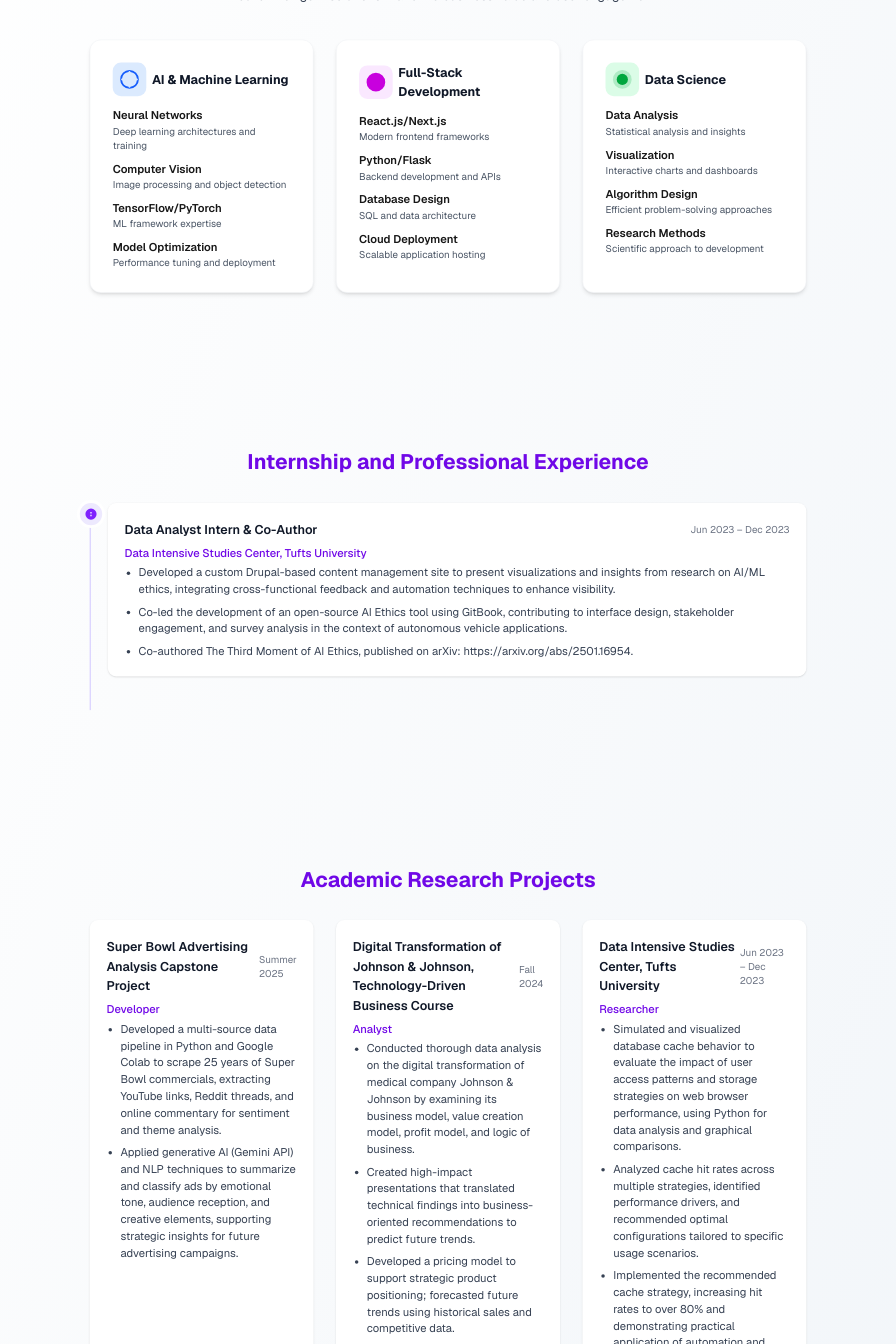
Repository: winniewyl/personal-portfolio
Page: /
The author's editor kept a copy of each file at every save. The page is drawn from the files as they stood at one save, then again after the next save.
The browser window is 1280 px wide. The pictures show the part of the page from y = 698 to 2618 px (the page is 3753 px tall), at 70% of full size.
The project was rebuilt for these pictures with package versions that can differ from the ones it lists, and the page was loaded fresh each time. The framework's server and built-in components were replaced by stand-ins that run in the browser. Also part of the build but not shown: next.config.ts.

Above is the page before, as saved 2025-07-23 09:11:43.

### src/app/page.tsx
import Hero from '../components/Hero';
import About from '../components/About';
import Projects from '../components/Projects';
import Contact from '../components/Contact';

const experienceData = [
  {
    org: 'Data Intensive Studies Center, Tufts University',
    title: 'Data Analyst Intern & Co-Author',
    date: 'Jun 2023 – Dec 2023',
    highlights: [
      'Developed a custom Drupal-based content management site to present visualizations and insights from research on AI/ML ethics, integrating cross-functional feedback and automation techniques to enhance visibility.',
      'Co-led the development of an open-source AI Ethics tool using GitBook, contributing to interface design, stakeholder engagement, and survey analysis in the context of autonomous vehicle applications.',
      'Co-authored The Third Moment of AI Ethics, published on arXiv: https://arxiv.org/abs/2501.16954.',
    ],
  },
];

const projectData = [
  {
    title: 'Super Bowl Advertising Analysis Capstone Project',
    role: 'Developer',
    date: 'Summer 2025',
    highlights: [
      'Developed a multi-source data pipeline in Python and Google Colab to scrape 25 years of Super Bowl commercials, extracting YouTube links, Reddit threads, and online commentary for sentiment and theme analysis.',
      'Applied generative AI (Gemini API) and NLP techniques to summarize and classify ads by emotional tone, audience reception, and creative elements, supporting strategic insights for future advertising campaigns.',
    ],
  },
  {
    title:
      'Digital Transformation of Johnson & Johnson, Technology-Driven Business Course',
    role: 'Analyst',
    date: 'Fall 2024',
    highlights: [
      'Conducted thorough data analysis on the digital transformation of medical company Johnson & Johnson by examining its business model, value creation model, profit model, and logic of business.',
      'Created high-impact presentations that translated technical findings into business-oriented recommendations to predict future trends.',
      'Developed a pricing model to support strategic product positioning; forecasted future trends using historical sales and competitive data.',
    ],
  },
  {
    title: 'Data Intensive Studies Center, Tufts University',
    role: 'Researcher',
    date: 'Jun 2023 – Dec 2023',
    highlights: [
      'Simulated and visualized database cache behavior to evaluate the impact of user access patterns and storage strategies on web browser performance, using Python for data analysis and graphical comparisons.',
      'Analyzed cache hit rates across multiple strategies, identified performance drivers, and recommended optimal configurations tailored to specific usage scenarios.',
      'Implemented the recommended cache strategy, increasing hit rates to over 80% and demonstrating practical application of automation and performance optimization principles.',
    ],
  },
];

export default function Home() {
  return (
    <div className="font-sans min-h-screen flex flex-col bg-gradient-to-br from-white via-slate-50 to-slate-100 dark:from-[#18181c] dark:via-[#1a1a22] dark:to-[#101014]">
      {/* Navbar */}
      <nav className="w-full flex items-center justify-between py-6 px-8 border-b border-gray-100 dark:border-gray-800 bg-white/80 dark:bg-[#101010]/80 backdrop-blur z-10 sticky top-0">
        <div className="text-2xl font-extrabold text-violet-600 tracking-tight">
          WW
        </div>
        <ul className="flex gap-8 text-base font-medium text-gray-900 dark:text-white">
          <li>
            <a
              href="#about"
              className="hover:text-violet-600 transition-colors"
            >
              About
            </a>
          </li>
          <li>
            <a
              href="#experience"
              className="hover:text-violet-600 transition-colors"
            >
              Experience
            </a>
          </li>
          <li>
            <a
              href="#projects"
              className="hover:text-violet-600 transition-colors"
            >
              Projects
            </a>
          </li>
          <li>
            <a
              href="#education"
              className="hover:text-violet-600 transition-colors"
            >
              Education
            </a>
          </li>
          <li>
            <a
              href="#contact"
              className="hover:text-violet-600 transition-colors"
            >
              Contact
            </a>
          </li>
        </ul>
      </nav>
      {/* Main Content */}
      <main className="flex-1 w-full flex flex-col items-center px-4 sm:px-0">
        <section className="w-full flex flex-col items-center justify-center py-20 sm:py-28 bg-transparent">
          <Hero name="Winnie Wang" role="AI Product Analyst" />
        </section>
        <section
          id="about"
          className="w-full flex flex-col items-center py-20 sm:py-28 max-w-5xl mx-auto scroll-mt-24"
        >
          <About />
        </section>
        {/* Experience Section */}
        <section
          id="experience"
          className="w-full flex flex-col items-center py-20 sm:py-28 max-w-5xl mx-auto scroll-mt-24"
        >
          <h2 className="text-3xl font-bold mb-10 text-violet-700 dark:text-violet-400">
            Internship and Professional Experience
          </h2>
          <ol className="relative border-l-2 border-violet-200 dark:border-violet-700">
            {experienceData.map((exp, idx) => (
              <li key={exp.title} className="mb-12 ml-6">
                <span className="absolute flex items-center justify-center w-8 h-8 bg-violet-100 rounded-full -left-4 ring-4 ring-white dark:ring-[#18181c]">
                  <svg
                    className="w-5 h-5 text-violet-600"
                    fill="currentColor"
                    viewBox="0 0 20 20"
                  >
                    <path d="M10 2a8 8 0 100 16 8 8 0 000-16zm1 11H9v-2h2v2zm0-4H9V7h2v2z" />
                  </svg>
                </span>
                <div className="bg-white dark:bg-[#232336] rounded-xl shadow p-6">
                  <div className="flex flex-col sm:flex-row sm:items-center sm:justify-between mb-2">
                    <span className="font-semibold text-lg text-gray-900 dark:text-white">
                      {exp.title}
                    </span>
                    <span className="text-sm text-gray-500 dark:text-gray-400">
                      {exp.date}
                    </span>
                  </div>
                  <div className="text-md font-medium text-violet-700 dark:text-violet-300 mb-1">
                    {exp.org}
                  </div>
                  <ul className="list-disc pl-5 space-y-2 text-gray-700 dark:text-gray-300">
                    {exp.highlights.map((h, i) => (
                      <li key={i}>{h}</li>
                    ))}
                  </ul>
                </div>
              </li>
            ))}
          </ol>
        </section>
        {/* Projects Section */}
        <section
          id="projects"
          className="w-full flex flex-col items-center py-20 sm:py-28 max-w-5xl mx-auto scroll-mt-24"
        >
          <h2 className="text-3xl font-bold mb-10 text-violet-700 dark:text-violet-400">
            Academic Research Projects
          </h2>
          <div className="grid grid-cols-1 md:grid-cols-3 gap-8 w-full">
            {projectData.map((proj, idx) => (
              <div
                key={proj.title}
                className="bg-white dark:bg-[#232336] rounded-xl shadow p-6 flex flex-col"
              >
                <div className="flex flex-col sm:flex-row sm:items-center sm:justify-between mb-2">
                  <span className="font-semibold text-lg text-gray-900 dark:text-white">
                    {proj.title}
                  </span>
                  <span className="text-sm text-gray-500 dark:text-gray-400">
                    {proj.date}
                  </span>
                </div>
                <div className="text-md font-medium text-violet-700 dark:text-violet-300 mb-1">
                  {proj.role}
                </div>
                <ul className="list-disc pl-5 space-y-2 text-gray-700 dark:text-gray-300">
                  {proj.highlights.map((h, i) => (
                    <li key={i}>{h}</li>
                  ))}
                </ul>
              </div>
            ))}
          </div>
        </section>
        <section
          id="education"
          className="w-full flex flex-col items-center py-20 sm:py-28 max-w-5xl mx-auto scroll-mt-24"
        >
          <h2 className="text-3xl font-bold mb-10 text-violet-700 dark:text-violet-400">
            Education
          </h2>
          <div className="relative w-full flex flex-col md:flex-row items-center justify-center">
            {/* Timeline SVG Connector */}
            <svg
              className="hidden md:block absolute left-0 right-0 top-1/2 -translate-y-1/2 z-0"
              height="120"
              width="100%"
              viewBox="0 0 1000 120"
              fill="none"
              preserveAspectRatio="none"
            >
              <path
                d="M 80 60 Q 180 10, 280 60 T 480 60 T 680 60 T 880 60"
                stroke="#a78bfa"
                strokeWidth="4"
                fill="none"
              />
              <circle cx="80" cy="60" r="8" fill="#a78bfa" />
              <circle cx="280" cy="60" r="8" fill="#a78bfa" />
              <circle cx="480" cy="60" r="8" fill="#a78bfa" />
              <circle cx="680" cy="60" r="8" fill="#a78bfa" />
            </svg>
            {/* Education Cards */}
            <div className="flex flex-col md:flex-row items-center justify-center w-full gap-8 z-10">
              {/* Middle School */}
              <div className="flex flex-col items-center flex-1 w-64 h-64 bg-white dark:bg-[#232336] rounded-xl shadow p-6 border border-violet-100 dark:border-violet-700 text-center justify-center">
                <div className="w-20 h-20 mb-4 flex items-center justify-center rounded-full bg-white/30 backdrop-blur-md shadow-inner">
                  <img
                    src="/yu-hua-logo.png"
                    alt="江西育华学校 logo"
                    className="w-16 h-16 object-contain filter grayscale"
                    style={{ mixBlendMode: 'multiply' }}
                  />
                </div>
                <span className="font-bold text-lg text-violet-700 mt-2">
                  江西育华学校
                </span>
                <span className="text-sm text-gray-700 dark:text-gray-300 mt-1">
                  2014–2017
                </span>
              </div>
              {/* High School */}
              <div className="flex flex-col items-center flex-1 w-64 h-64 bg-white dark:bg-[#232336] rounded-xl shadow p-6 border border-violet-100 dark:border-violet-700 text-center justify-center">
                <span className="flex items-center justify-center w-10 h-10 bg-violet-100 rounded-full mb-2">
                  <svg
                    className="w-6 h-6 text-violet-600"
                    fill="currentColor"
                    viewBox="0 0 20 20"
                  >
                    <path d="M10 2a8 8 0 100 16 8 8 0 000-16zm1 11H9v-2h2v2zm0-4H9V7h2v2z" />
                  </svg>
                </span>
                <span className="font-bold text-lg text-violet-700">
                  江西师大附中国际部
                </span>
                <span className="text-sm text-gray-700 dark:text-gray-300">
                  High School Diploma
                </span>
                <span className="text-sm text-gray-700 dark:text-gray-300">
                  2017–2020
                </span>
              </div>
              {/* Tufts University */}
              <div className="flex flex-col items-center flex-1 w-64 h-64 bg-white dark:bg-[#232336] rounded-xl shadow p-6 border border-violet-100 dark:border-violet-700 text-center justify-center">
                <span className="flex items-center justify-center w-10 h-10 bg-violet-100 rounded-full mb-2">
                  <svg
                    className="w-6 h-6 text-violet-600"
                    fill="currentColor"
                    viewBox="0 0 20 20"
                  >
                    <path d="M10 2a8 8 0 100 16 8 8 0 000-16zm1 11H9v-2h2v2zm0-4H9V7h2v2z" />
                  </svg>
                </span>
                <span className="font-bold text-lg text-violet-700">
                  Tufts University
                </span>
                <span className="text-sm text-gray-500 dark:text-gray-400">
                  May 2024
                </span>
                <span className="text-gray-900 dark:text-white">
                  B.S. in Applied Mathematics & Computer Science
                </span>
                <span className="text-sm text-gray-700 dark:text-gray-300">
                  GPA: 3.83 / 4.00
                </span>
                <span className="text-xs text-emerald-600 mt-1">
                  Summa Cum Laude, Dean’s List (all quarters)
                </span>
              </div>
              {/* Purdue University */}
              <div className="flex flex-col items-center flex-1 w-64 h-64 bg-white dark:bg-[#232336] rounded-xl shadow p-6 border border-violet-100 dark:border-violet-700 text-center justify-center">
                <span className="flex items-center justify-center w-10 h-10 bg-violet-100 rounded-full mb-2">
                  <svg
                    className="w-6 h-6 text-violet-600"
                    fill="currentColor"
                    viewBox="0 0 20 20"
                  >
                    <path d="M10 2a8 8 0 100 16 8 8 0 000-16zm1 11H9v-2h2v2zm0-4H9V7h2v2z" />
                  </svg>
                </span>
                <span className="font-bold text-lg text-violet-700">
                  Purdue University
                </span>
                <span className="text-sm text-gray-500 dark:text-gray-400">
                  Expected Jun 2026
                </span>
                <span className="text-gray-900 dark:text-white">
                  Master of Business and Technology
                </span>
                <span className="text-sm text-gray-700 dark:text-gray-300">
                  GPA: 3.75 / 4.00
                </span>
              </div>
            </div>
          </div>
        </section>
        <section
          id="contact"
          className="w-full flex flex-col items-center py-20 sm:py-28 max-w-5xl mx-auto scroll-mt-24"
        >
          <Contact />
        </section>
      </main>
    </div>
  );
}

### src/components/Hero.tsx
import React from 'react';

interface HeroProps {
  name: string;
  role: string;
}

const Hero: React.FC<HeroProps> = ({ name, role }) => (
  <section className="flex flex-col items-center justify-center gap-4 py-8 w-full">
    <h1 className="text-4xl sm:text-5xl font-bold text-center">{name}</h1>
    <h2 className="text-xl sm:text-2xl font-medium text-center text-gray-600 dark:text-gray-300">
      {role}
    </h2>
  </section>
);

export default Hero;

### src/components/About.tsx
import React from 'react';

const aboutData = [
  {
    icon: (
      <span className="bg-blue-100 text-blue-600 rounded-xl p-2 mr-2">
        {/* AI Icon */}
        <svg width="32" height="32" fill="none" viewBox="0 0 24 24">
          <path
            fill="currentColor"
            d="M12 2a10 10 0 100 20 10 10 0 000-20zm1 17.93V20a1 1 0 11-2 0v-.07A8.001 8.001 0 014.07 13H4a1 1 0 110-2h.07A8.001 8.001 0 0111 4.07V4a1 1 0 112 0v.07A8.001 8.001 0 0119.93 11H20a1 1 0 110 2h-.07A8.001 8.001 0 0113 19.93z"
          ></path>
        </svg>
      </span>
    ),
    title: 'AI & Machine Learning',
    skills: [
      {
        name: 'Neural Networks',
        desc: 'Deep learning architectures and training',
      },
      {
        name: 'Computer Vision',
        desc: 'Image processing and object detection',
      },
      { name: 'TensorFlow/PyTorch', desc: 'ML framework expertise' },
      { name: 'Model Optimization', desc: 'Performance tuning and deployment' },
    ],
    color: 'blue',
  },
  {
    icon: (
      <span className="bg-fuchsia-100 text-fuchsia-600 rounded-xl p-2 mr-2">
        {/* Full-Stack Icon */}
        <svg width="32" height="32" fill="none" viewBox="0 0 24 24">
          <path
            fill="currentColor"
            d="M12 2a10 10 0 100 20 10 10 0 000-20zm-1 17.93V20a1 1 0 102 0v-.07A8.001 8.001 0 0020 13h.07a1 1 0 100-2H20a8.001 8.001 0 00-7-7.93V4a1 1 0 10-2 0v.07A8.001 8.001 0 004 11H3.93a1 1 0 100 2H4a8.001 8.001 0 007 7.93z"
          ></path>
        </svg>
      </span>
    ),
    title: 'Full-Stack Development',
    skills: [
      { name: 'React.js/Next.js', desc: 'Modern frontend frameworks' },
      { name: 'Python/Flask', desc: 'Backend development and APIs' },
      { name: 'Database Design', desc: 'SQL and data architecture' },
      { name: 'Cloud Deployment', desc: 'Scalable application hosting' },
    ],
    color: 'fuchsia',
  },
  {
    icon: (
      <span className="bg-green-100 text-green-600 rounded-xl p-2 mr-2">
        {/* Data Science Icon */}
        <svg width="32" height="32" fill="none" viewBox="0 0 24 24">
          <circle cx="12" cy="12" r="10" fill="currentColor" opacity=".2" />
          <circle cx="12" cy="12" r="6" fill="currentColor" />
        </svg>
      </span>
    ),
    title: 'Data Science',
    skills: [
      { name: 'Data Analysis', desc: 'Statistical analysis and insights' },
      { name: 'Visualization', desc: 'Interactive charts and dashboards' },
      {
        name: 'Algorithm Design',
        desc: 'Efficient problem-solving approaches',
      },
      { name: 'Research Methods', desc: 'Scientific approach to development' },
    ],
    color: 'green',
  },
];

const About: React.FC = () => (
  <section className="w-full flex flex-col items-center">
    <h2 className="text-4xl font-extrabold text-center mb-4 mt-4 text-gray-900 dark:text-white">
      <span className="inline-block align-middle mr-2 text-blue-500">•</span>
      About Me
    </h2>
    <p className="text-lg text-center text-gray-700 dark:text-gray-300 max-w-2xl mb-12">
      Passionate about the intersection of artificial intelligence and product
      strategy. I build intelligent solutions that drive business value and user
      engagement.
    </p>
    <div className="w-full max-w-6xl flex flex-col md:flex-row gap-8 justify-center items-stretch">
      {aboutData.map((card, idx) => (
        <div
          key={card.title}
          className="flex-1 bg-white dark:bg-[#18181c] rounded-2xl shadow-md p-8 flex flex-col mb-4 md:mb-0 border border-gray-100 dark:border-gray-800 min-w-[260px] max-w-sm mx-auto"
        >
          <div className="flex items-center mb-4">
            {card.icon}
            <span className={`text-lg font-bold text-gray-900 dark:text-white`}>
              {card.title}
            </span>
          </div>
          <ul className="space-y-3">
            {card.skills.map((skill) => (
              <li key={skill.name} className="flex flex-col">
                <span
                  className={`font-semibold text-${card.color}-700 dark:text-${card.color}-400`}
                >
                  {skill.name}
                </span>
                <span className="text-gray-600 dark:text-gray-400 text-sm">
                  {skill.desc}
                </span>
              </li>
            ))}
          </ul>
        </div>
      ))}
    </div>
  </section>
);

export default About;

### src/components/Contact.tsx
import React from 'react';

const Contact: React.FC = () => (
  <section className="py-8 w-full flex flex-col items-center">
    <h2 className="text-2xl font-bold mb-4">Contact</h2>
    <p className="max-w-xl text-center text-gray-700 dark:text-gray-300">
      This is a placeholder for the Contact section. Add your contact form or
      details here.
    </p>
  </section>
);

export default Contact;

Loaded but not shown: src/app/layout.tsx (common file); src/app/globals.css (common file)

After the next save:
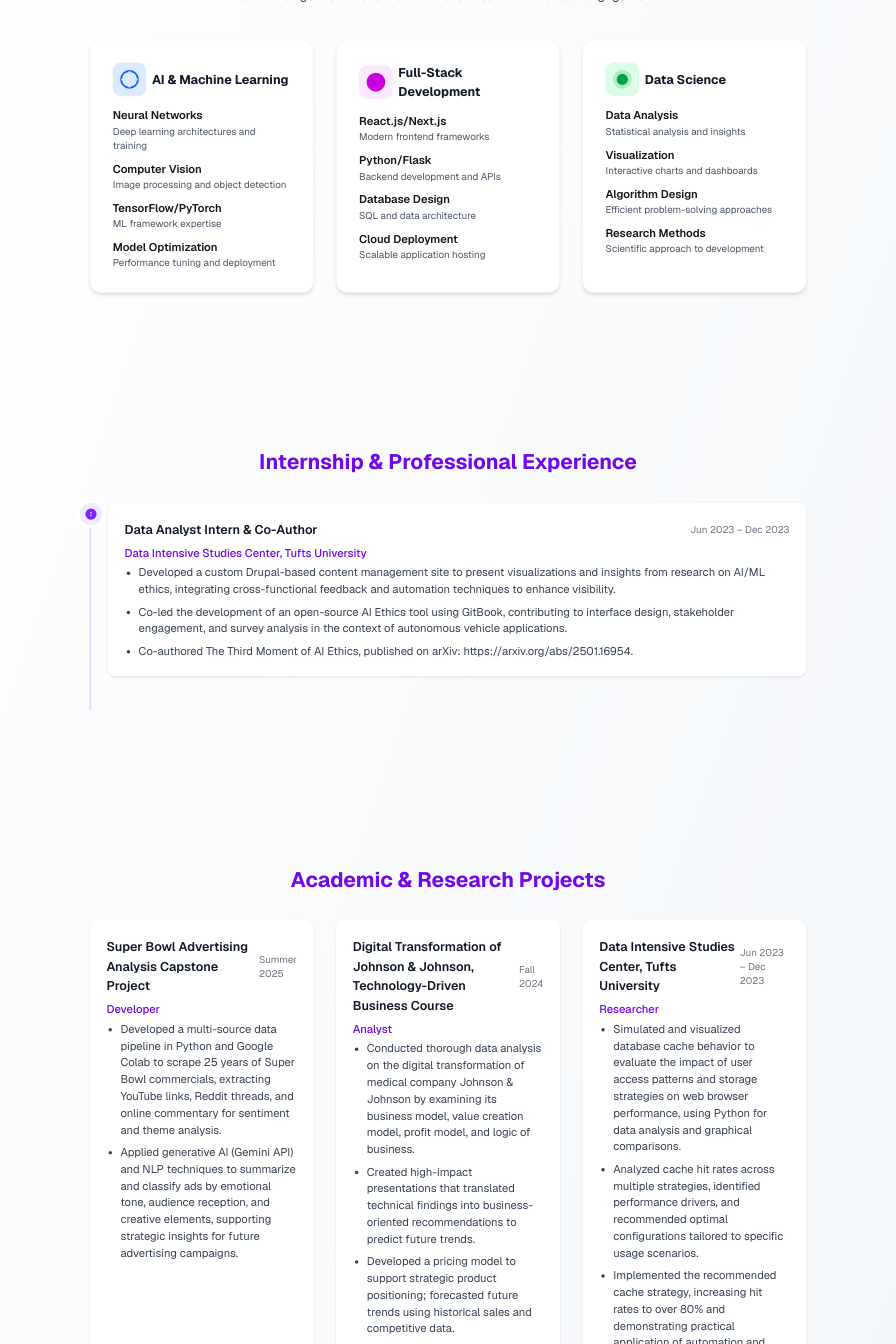
Saved 3 h 0 min later.
--- a/src/app/page.tsx
+++ b/src/app/page.tsx
@@ -117,7 +117,7 @@ export default function Home() {
           className="w-full flex flex-col items-center py-20 sm:py-28 max-w-5xl mx-auto scroll-mt-24"
         >
           <h2 className="text-3xl font-bold mb-10 text-violet-700 dark:text-violet-400">
-            Internship and Professional Experience
+            Internship & Professional Experience
           </h2>
           <ol className="relative border-l-2 border-violet-200 dark:border-violet-700">
             {experienceData.map((exp, idx) => (
@@ -159,7 +159,7 @@ export default function Home() {
           className="w-full flex flex-col items-center py-20 sm:py-28 max-w-5xl mx-auto scroll-mt-24"
         >
           <h2 className="text-3xl font-bold mb-10 text-violet-700 dark:text-violet-400">
-            Academic Research Projects
+            Academic & Research Projects
           </h2>
           <div className="grid grid-cols-1 md:grid-cols-3 gap-8 w-full">
             {projectData.map((proj, idx) => (
